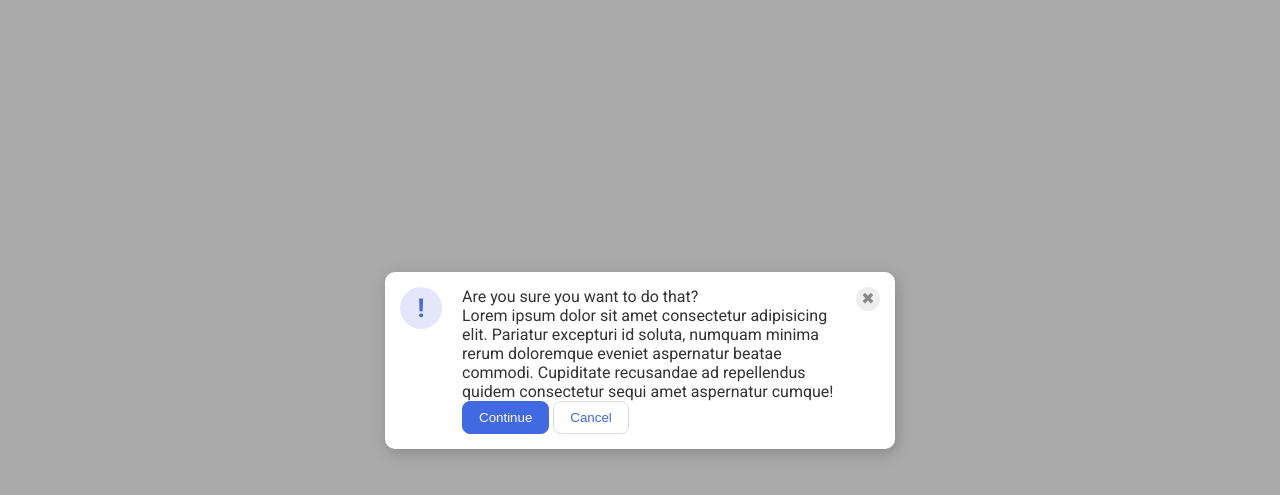
Repository: ridgely/css-exercises
Page: flex/05-flex-modal/index.html
The author's editor kept a copy of each file at every save. The page is drawn from the files as they stood at one save, then again after the next save.
The browser window is 1280 px wide. The pictures show the whole page.

Above is the page before, as saved 2022-07-06 14:24:58.

After the next save:
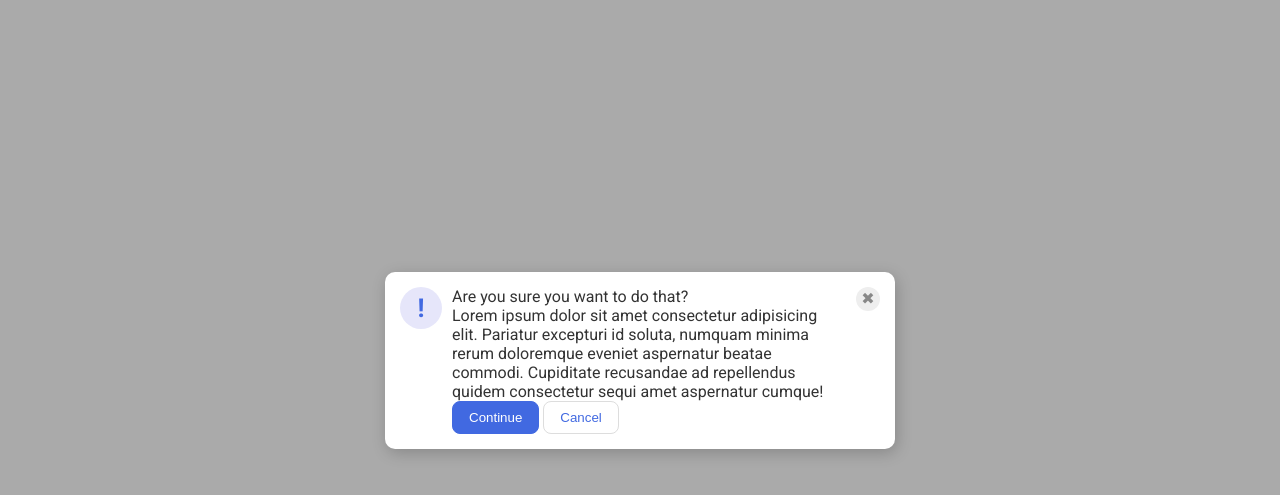
Saved 64 s later.
--- a/flex/05-flex-modal/style.css
+++ b/flex/05-flex-modal/style.css
@@ -21,7 +21,7 @@ body {
   border-radius: 10px;
   box-shadow: 2px 4px 16px rgba(0,0,0,.2);
   display: flex;
-  gap: 20px;
+  gap: 10px;
   padding: 15px;
 }
 
